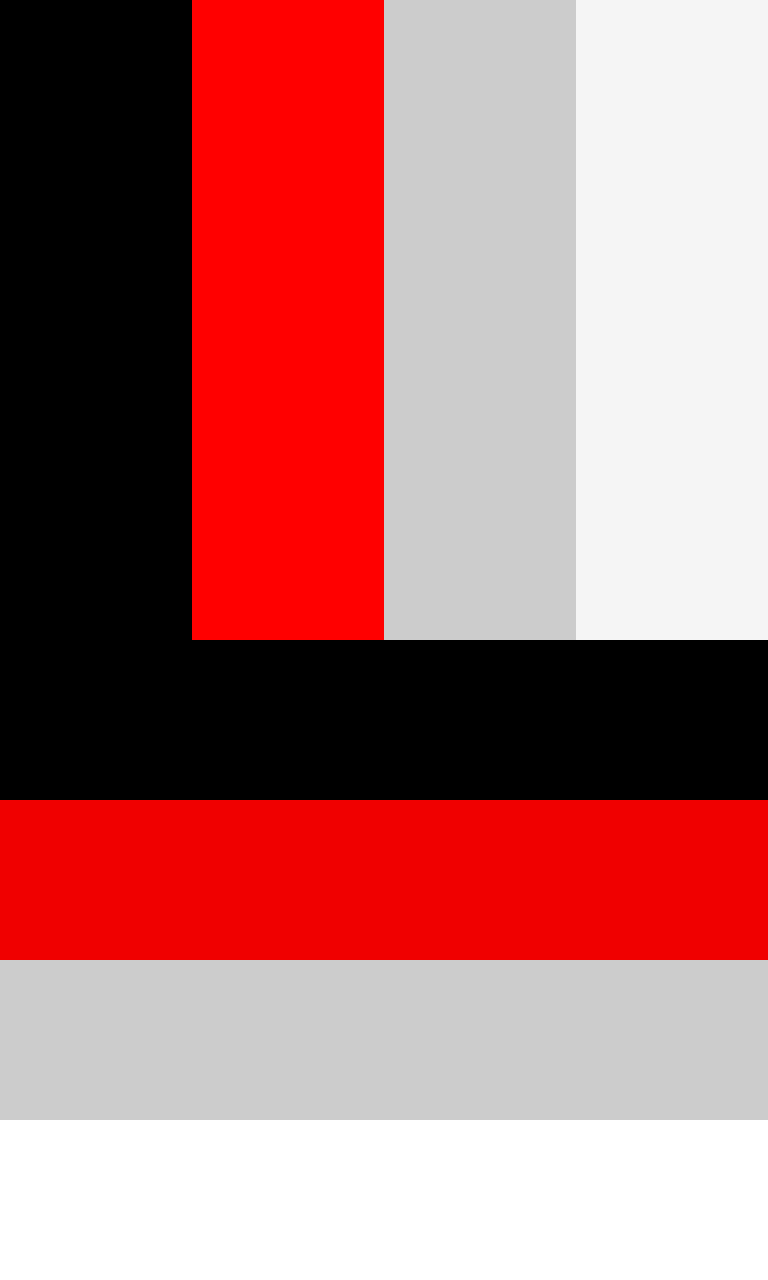
Repository: qwer2714856/Android_learn
Layout: linearylayout/res/layout/activity_main.xml
An editor plug-in stored every save of this project. The layout is shown before and after the next save, followed by the edit.
It is drawn on a 768 x 1280 px phone screen (xhdpi) without system bars, with theme AppTheme; the app's code is not run.

Above is the layout before, as saved 2015-09-28 08:51:43.

After the next save:
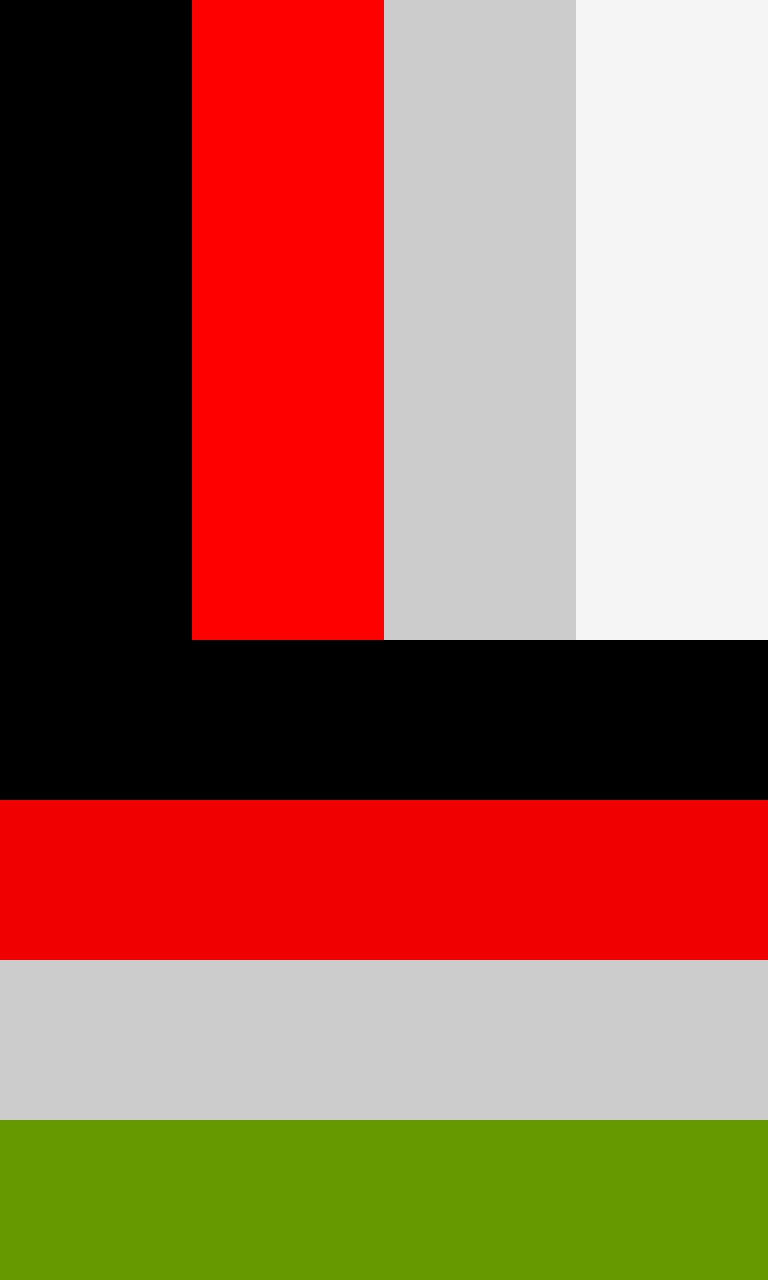
Saved 30 s later.
--- a/linearylayout/res/layout/activity_main.xml
+++ b/linearylayout/res/layout/activity_main.xml
@@ -74,7 +74,7 @@
             android:layout_width="match_parent"
             android:layout_height="0dp"
             android:layout_weight="1"
-             android:background="@android:color/background_light"
+             android:background="@android:color/holo_green_dark"
             />
 
     </LinearLayout>
